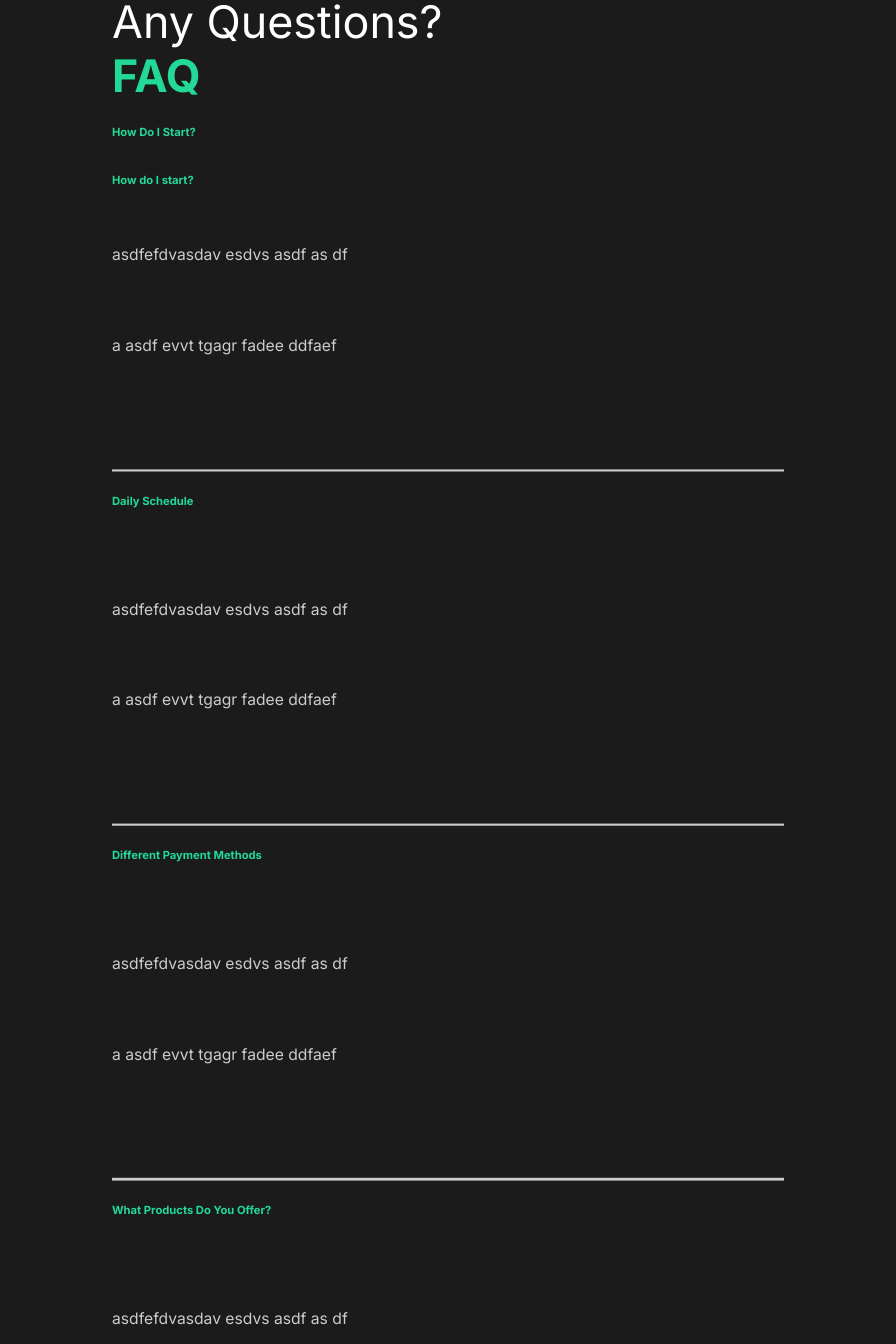
Repository: programmingwithlevi/capture
Page: /
An editor plug-in stored every save of this project. The page is shown before and after the next save, followed by the edit.
The browser window is 1280 px wide. The pictures show the part of the page from y = 1952 to 3872 px (the page is 4256 px tall before and 4236 px after), at 70% of full size.
The project was rebuilt for these pictures with package versions that can differ from the ones it lists, and the page was loaded fresh each time. Also part of the build but not shown: src/pages/ContactUs.js, src/pages/OurWork.js, src/movieState.js, src/pages/movieDetail.js.

Above is the page before, as saved 2021-12-11 12:22:37.

### public/index.html
<!DOCTYPE html>
<html lang="en">
  <head>
    <meta charset="utf-8" />
    <link rel="icon" href="%PUBLIC_URL%/favicon.ico" />
    <meta name="viewport" content="width=device-width, initial-scale=1" />
    <meta name="theme-color" content="#000000" />
    <meta
      name="description"
      content="Web site created using create-react-app"
    />
    <link rel="preconnect" href="https://fonts.googleapis.com">
<link rel="preconnect" href="https://fonts.gstatic.com" crossorigin>
<link href="https://fonts.googleapis.com/css2?family=Inter:wght@400;700&family=Lato:wght@400;700&display=swap" rel="stylesheet">
<link rel="preconnect" href="https://fonts.googleapis.com">
<link rel="preconnect" href="https://fonts.gstatic.com" crossorigin>
<link href="https://fonts.googleapis.com/css2?family=Inter:wght@400;700&family=Lato:wght@400;700&family=Lobster&display=swap" rel="stylesheet">
    <link rel="apple-touch-icon" href="%PUBLIC_URL%/logo192.png" />
    <!--
      manifest.json provides metadata used when your web app is installed on a
      user's mobile device or desktop. See https://developers.google.com/web/fundamentals/web-app-manifest/
    -->
    <link rel="manifest" href="%PUBLIC_URL%/manifest.json" />
    <!--
      Notice the use of %PUBLIC_URL% in the tags above.
      It will be replaced with the URL of the `public` folder during the build.
      Only files inside the `public` folder can be referenced from the HTML.

      Unlike "/favicon.ico" or "favicon.ico", "%PUBLIC_URL%/favicon.ico" will
      work correctly both with client-side routing and a non-root public URL.
      Learn how to configure a non-root public URL by running `npm run build`.
    -->
    <title>Capture</title>
  </head>
  <body>
    <noscript>You need to enable JavaScript to run this app.</noscript>
    <div id="root"></div>
    <!--
      This HTML file is a template.
      If you open it directly in the browser, you will see an empty page.

      You can add webfonts, meta tags, or analytics to this file.
      The build step will place the bundled scripts into the <body> tag.

      To begin the development, run `npm start` or `yarn start`.
      To create a production bundle, use `npm run build` or `yarn build`.
    -->
  </body>
</html>

### src/index.js
import React from 'react';
import ReactDOM from 'react-dom';

import App from './App';
import reportWebVitals from './reportWebVitals';
import {BrowserRouter} from 'react-router-dom';

ReactDOM.render(
  <React.StrictMode>
    <BrowserRouter>
    <App />
    </BrowserRouter>
  </React.StrictMode>,
  document.getElementById('root')
);

// If you want to start measuring performance in your app, pass a function
// to log results (for example: reportWebVitals(console.log))
// or send to an analytics endpoint. Learn more: https://bit.ly/CRA-vitals
reportWebVitals();

### src/App.js
import React from "react";
//import pages
import AboutUs from '../src/pages/AboutUs';
import GlobalStyle from "./components/GlobalStyle";
import ContactUs from "./pages/ContactUs";
import OurWork from "./pages/OurWork";
import Nav from "./components/Nav";
import MovieDetail from "./pages/MovieDetail";

//router
import {Route,Switch,useLocation} from "react-router-dom";
//animaitom
import {AnimatePresence} from "framer-motion";

function App() {
  const location = useLocation();
  return  (
    <div className="App">

        <GlobalStyle />

        <Nav />
        <AnimatePresence exitBeforeEnter>
        <Switch location={location} key={location.pathname}>
          <Route path="/"  exact>
            <AboutUs />
          </Route>
          <Route path="/work" exact>
            <OurWork />
          </Route>
          <Route path="/work/:id">
            <MovieDetail />
          </Route>
          <Route path="/contact">
            <ContactUs />
          </Route>


        </Switch>
        </AnimatePresence>
    </div>
  );
}

export default App;

### src/pages/AboutUs.js
import React from 'react';
//Page Components
import AboutSection from '../components/AboutSection';
import ServicesSection from '../components/ServicesSection';
import FaqSection from '../components/FaqSection';
//animaiton
import {motion} from "framer-motion";
import {pageAnimation} from '../animations';

const AboutUs = () => {
    return (
   <motion.div
        exit="exit"
        variants={pageAnimation}
        initial="hidden"
        animate="show"
    >
        <AboutSection />
        <ServicesSection />
        <FaqSection />
    </motion.div>
    );

}

export default AboutUs;

### src/components/GlobalStyle.js
import {createGlobalStyle} from 'styled-components';

const GlobalStyle = createGlobalStyle`
*{
   margin: 0;
   padding: 0;
   box-sizing: border-box
}
body{
    background: #1b1b1b;
    font-family: 'Inter', sans-serif;
}
button{
    font-weight: bold;
    font-size: 1.1.rem;
    padding: 1rem 2rem;
    border: 3px solid #23d997;
    background: transparent;
    color: white;
    transition: all 0.5s ease;
    font-family: 'Inter', sans-serif;
    &:hover{
        background-color:  #23d997;
        color: white;
    }

}
h2{
       font-weight: lighter;
       font-size: 4rem;
    }
    h3{
        color: white;
    }
    h4{
        font-weight: bold;
        color: #23d997;
    }
    a{
        font-size: 1.1.rem;
    }
    span{
        font-weight: bold;
        color: #23d997;
    }
    p{
        padding: 3rem 0rem;
        color: #ccc;
        font-size: 1.4rem;
        line-height: 150%;
    }
`;
export default GlobalStyle;

### src/components/Nav.js
import React from 'react';
import styled from 'styled-components';
import {Link} from 'react-router-dom';

const Nav = () => {
    return(
        <StyledNav>
            <h1><Link id="logo" to="/">Capture</Link></h1>
            <ul>
                <li>
                    <Link to="/">1. About Us</Link>
                </li>
                <li>
                    <Link to="/work">2. Our Work</Link>
                </li>
                <li>
                    <Link to="/contact">3. Contact Us</Link>
                </li>
            </ul>
        </StyledNav>
    )
}

const StyledNav = styled.nav`
    min-height: 10vh;
    display: flex;
    margin: auto;
    justify-content: space-between;
    align-items: center;
    padding: 1rem 10rem;
    background: #282828;
    a{
        color: white;
        text-decoration: none;
    }
    ul{
        display: flex;
        list-style: none;
    }
    #logo{
        font-size: 1.8rem;
        font-family: 'Lobster', cursive;
        font-weight: lighter;
    }
    li{
        padding-left: 10rem;
        position: relative;
    }
`;

export default Nav;

### src/components/AboutSection.js
import React from 'react';
import home1 from '../img/home1.png';
import {About,Description,Image,Hide } from '../styles';
//Framer Motion
import {motion} from "framer-motion";
import {titleAnim,fade,photoAnim} from '../animations';
import Wave from './Wave';

const AboutSection = () => {

    return (
        <About>
            <Description>
                <motion.div variants={titleAnim}>
                    <div className="hide">
                        <motion.h2>We work to make</motion.h2>
                    </div>
                    <Hide>
                        <motion.h2>your <span>dreams</span> </motion.h2>
                    </Hide>
                    <Hide>
                        <motion.h2 variants={titleAnim}>come true.</motion.h2>
                    </Hide>
                </motion.div>
                <motion.p variants={fade}>Contact us for any photography or videography ideas that you have. </motion.p>
                <motion.button>Contact Us</motion.button>
            </Description>
            <Image>
                <motion.img variants={photoAnim} src={home1} alt="camera guy"/>

            </Image>
            <Wave />
        </About>
    )
}
//styled components


export default AboutSection;

### src/components/ServicesSection.js
import React from 'react';
//Import Icons
import clock from '../img/clock.svg';
import diaphram from '../img/diaphram.svg';
import money from '../img/money.svg';
import teamwork from '../img/teamwork.svg';
import home2 from '../img/home2.png';
//styles
import {About,Description,Image} from "../styles";
import styled from "styled-components";

const ServicesSection = () => {
    return(
        <About>
            <div className="description">
                <h2>High <span>quality</span> services</h2>
                <Cards>
                    <Card>
                        <div className="icon">
                            <img alt="icon" src={clock} />
                            <h3>Efficient</h3>
                        </div>
                        <p>lorem5 </p>
                    </Card>
                    <Card>
                        <div className="icon">
                            <img alt="icon" src={teamwork} />
                            <h3>Teamwork</h3>
                        </div>
                        <p>lorem5 </p>
                    </Card>
                    <Card>
                        <div className="icon">
                            <img alt="icon" src={diaphram} />
                            <h3>Diaphram</h3>
                        </div>
                        <p>lorem5 </p>
                    </Card>
                    <Card>
                        <div className="icon">
                            <img alt="icon" src={money} />
                            <h3>Affordable</h3>
                        </div>
                        <p>lorem5 </p>
                    </Card>
                </Cards>
            </div>
        <div className="image">
            <img alt="camera" src={home2} />

        </div>
        </About>
    )
}

const Services = styled(About)`
h2{
    padding-bottom: 5rem;
}
p{
    width: 70%;
    padding: 2rem 0rem 4rem 0rem;
}
`;
const Cards = styled.div`
display: flex;
flex-wrap: wrap;
`;
const Card = styled.div`
    flex-basis: 15rem;
    .icon {
        display: flex;
        align-items: center;
        h3 {
            margin-left: 1rem;
            background: white;
            color: black;
            padding: 1rem;
        }
    }
`;

export default ServicesSection;

### src/components/FaqSection.js
import React from 'react';
import styled from 'styled-components';
import {About} from '../styles';
import Toggle from './Toggle';

const FaqSection = () => {
    return(
        <Faq>
            <h2>Any Questions? <span>FAQ</span></h2>
            <Toggle title="How Do I Start?">
            <div className="question">
                <h4>How do I start?</h4>
                <div className="answer">
                   <p>asdfefdvasdav esdvs asdf as df</p>
                    <p>a asdf evvt tgagr fadee ddfaef</p>
                </div>
            </div>
            </Toggle>
            <Toggle title="Daily Schedule">
            <div className="question">
                <div className="answer">
                   <p>asdfefdvasdav esdvs asdf as df</p>
                    <p>a asdf evvt tgagr fadee ddfaef</p>
                </div>
            </div>
            </Toggle>
            <Toggle title="Different Payment Methods">
            <div className="question">
                <div className="answer">
                   <p>asdfefdvasdav esdvs asdf as df</p>
                    <p>a asdf evvt tgagr fadee ddfaef</p>
                </div>
            </div>
            </Toggle>
            <Toggle title="What Products Do You Offer?">
            <div className="question">
                <div className="answer">
                   <p>asdfefdvasdav esdvs asdf as df</p>
                    <p>a asdf evvt tgagr fadee ddfaef</p>
                </div>
            </div>
            </Toggle>
        </Faq>
    )
}

const Faq = styled(About)`
    display: block;
    span{
        display: block;
    }
    h2{
        padding-bottom: 2rem;
        font-weight: lighter;
    }
    .faq-line{
        background: #cccccc;
        height: 0.2rem;
        margin: 2rem 0rem;
        width: 100%;
    }
    .question{
        padding: 3rem 0rem;
        cursor: pointer;
    }
    .answer{
        padding: 2rem 0rem;
        p{
            padding: 1rem 0 rem;
        }
    }
`;

export default FaqSection;

### src/animations.js
import { withTheme } from "styled-components";

export const pageAnimation ={
    hidden: {
        opacity: 0,
        y: 300,

    },
    show: {
        opacity: 1,
        y: 0,
        transition: {
            duration: 0.5,
            when: "beforeChildren",
            staggerChildren: 0.25,
        },
    },
    exit: {
        opacity: 0,
        //y: 300,
        transition: {
            duration: 0.5,
        },
    }
}
export const titleAnim = {
    hidden: {y: 200},
    show: {
        y:0,
        transition: {duration: 0.75, ease: "easeOut"},
    }
}
export const fade = {
    hidden: {opacity: 0},
    show: {
        opacity: 1,
        transition: {ease: "easeOut", duration: 0.75},
    }
}
export const photoAnim = {
    hidden: {scale: 1.5, opacity: 0},
    show: {
        scale: 1,
        opacity: 1,
        transition: 'easeOut',
        duration: 0.75,
    }
}
export const lineAnim = {
    hidden: {width: '0%'},
    show: {
        width: '100%',
        transition: {duration: 0.75},
    }
}

export const slider = {
    hidden: {x: '-130%', skew: '45deg'},
    show: {
        x: '100%',
        skew: '0deg',
        transition: {ease: "easeOut", duration: 1 },
    }
}

export const sliderContainer = {
    hidden: {opacity: 1},
    show: {opacity: 1, transition: { staggerChildren: 0.1, ease: 'easeOut'}},
}

### src/styles.js
import styled from "styled-components";

export const About = styled.div`
    min-height: 90vh;
    display: flex;
    align-items: center;
    justify-content: space-between;
    padding: 5rem 10rem;
    color: white;
   //position: center;
    top: 10%;

`;
export const Description = styled.div`
    flex: 1;
    padding-right: 5rem;
    z-index: 2;
    h2{
        font-weight: lighter;
    }
`

export const Image = styled.div`
    flex: 1;
    z-index: 2;
    overflow: hidden;
    img{
        width: 100%;
        height: 80vh;
        object-fit: cover;
    }

`
export const Hide = styled.div`
    overflow: hidden;
    `

### src/components/Wave.js
import React from "react";
import styled from "styled-components";
import {motion} from "framer-motion";

const Wave = () => {
    return(
    <WaveSvg viewBox="0 0 1440 363" fill="none" xmlns="http://www.w3.org/2000/svg">
<motion.path initial={{ pathLength: 0, pathOffset: 1 }}
animate={{ pathLength: 1, pathOffset: 0 }}
transition={{ duration: 1 }}
d="M1440 27.4774C1352.73 19.8184 1122.41 49.0556 899.331 227.276C620.48 450.052 354.282 355.647 170.328 185.318C23.165 49.0556 -4.21721 8.32998 0.487081 5" stroke="#D96ED4" strokeOpacity="0.5" strokeWidth="15"/>
</WaveSvg>);


};

const WaveSvg = styled.svg`
    position: absolute;
    left: 0;
    z-index: 1;
`;
export default Wave;

### src/components/Toggle.js
import { motion } from 'framer-motion';
import React,{useState} from 'react';

const Toggle = ({children,title}) => {
    const [toggle,setToggle] = useState(true);
    return(
        <div onClick={() => setToggle(!toggle)}>
            <motion.h4>{title}</motion.h4>
            {toggle?children:""}
            <div className="faq-line"></div>
        </div>
    )
}
export default Toggle;

Loaded but not shown: src/reportWebVitals.js (common file)

After the next save:
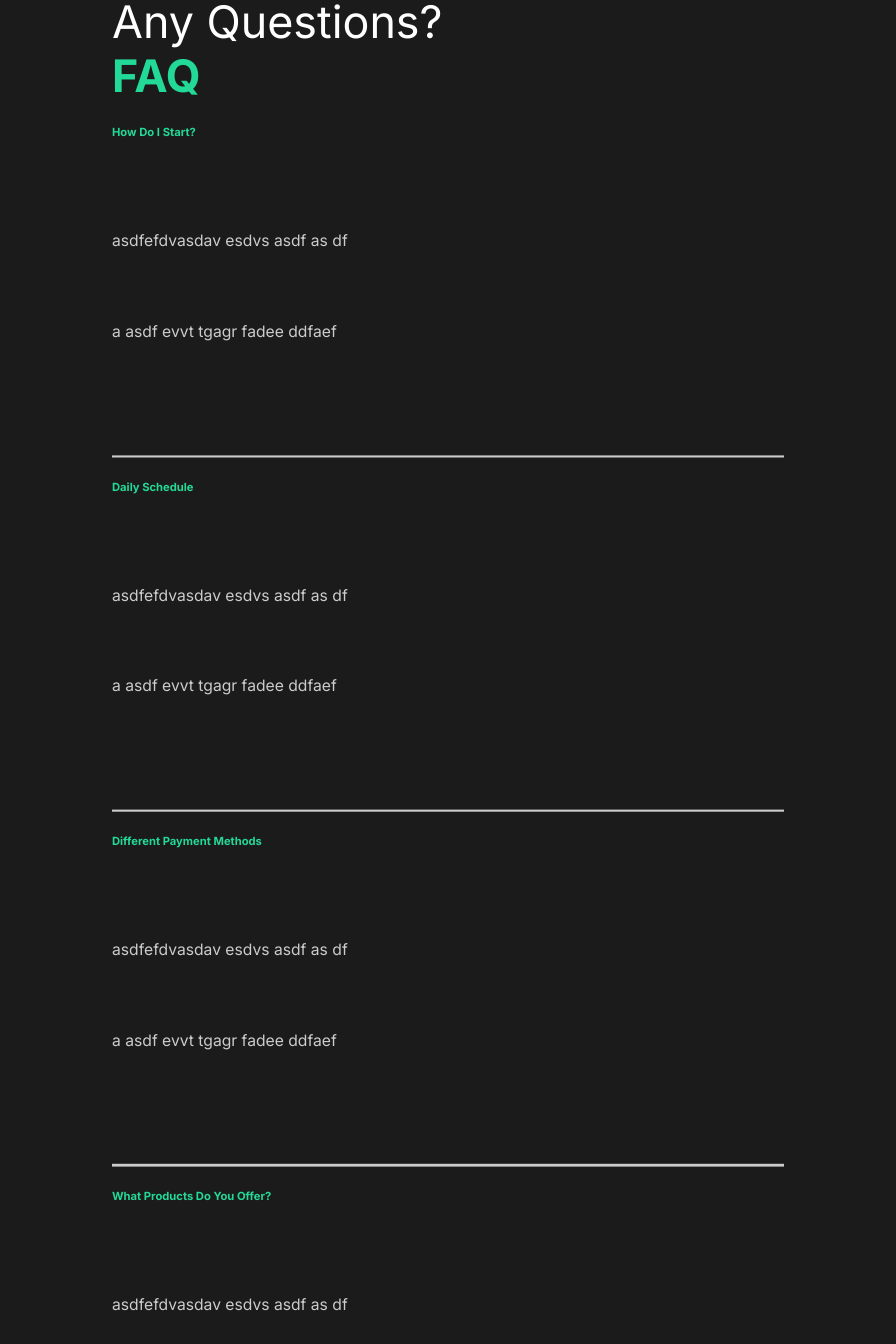
Saved 58 s later.
--- a/src/components/FaqSection.js
+++ b/src/components/FaqSection.js
@@ -9,7 +9,6 @@ const FaqSection = () => {
             <h2>Any Questions? <span>FAQ</span></h2>
             <Toggle title="How Do I Start?">
             <div className="question">
-                <h4>How do I start?</h4>
                 <div className="answer">
                    <p>asdfefdvasdav esdvs asdf as df</p>
                     <p>a asdf evvt tgagr fadee ddfaef</p>
